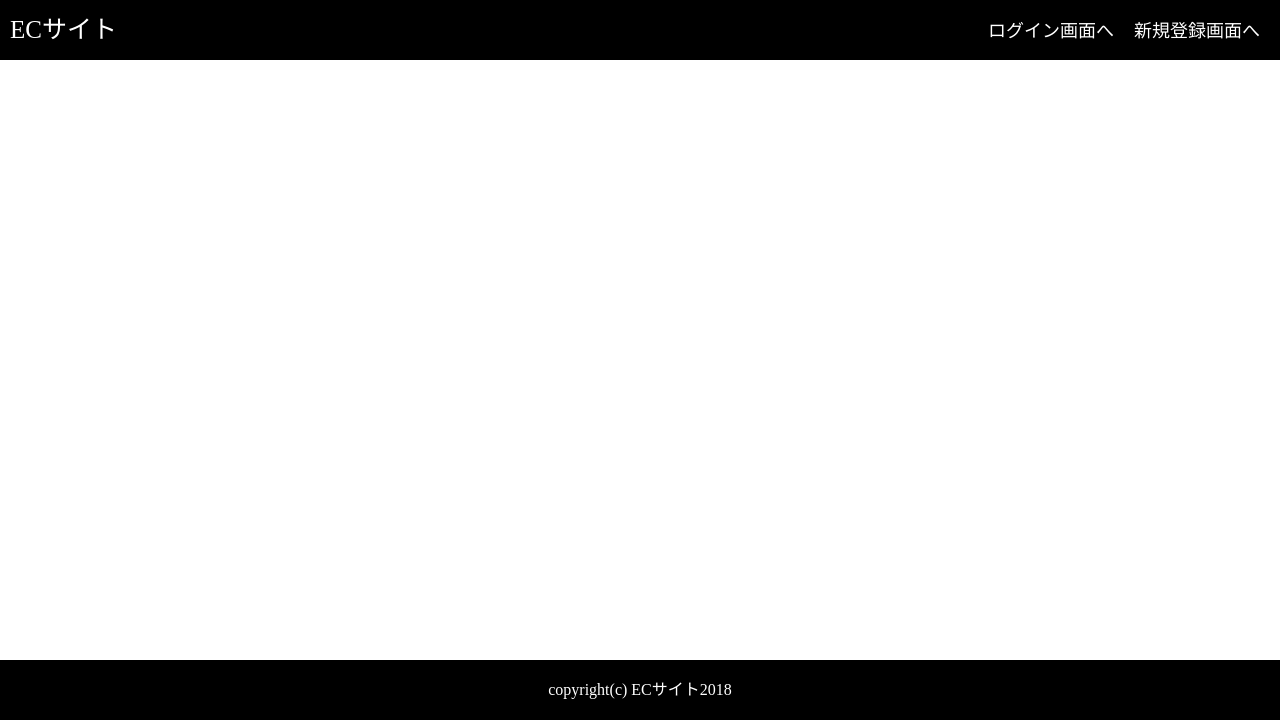
Repository: nyanya02/ECsite
Page: http://localhost/ECsite/signin.jsp
These files come from the project's save history. The page is drawn as it stood at one moment and after the next save; the edit follows.
The browser window is 1280 px wide. The pictures show the whole page.
The page is served by Tomcat 9. Other server files are loaded and not shown.

Above is the page before, as saved 2018-04-26 03:25:23.

### ECsite/WebContent/signin.jsp
<%@ page language="java" contentType="text/html; charset=UTF-8"
    pageEncoding="UTF-8"%>
<%@ taglib prefix="s" uri="/struts-tags" %>
<!DOCTYPE html PUBLIC>
<html>
<head>
<meta charset="UTF-8">
<meta http-equiv="imagetoolbar" content="no"/>
<meta name="author" content="">
<meta name="keywords" content="">
<meta name="description" content="">

<title>ログイン</title>

<!-- <link rel="stylesheet" href="/css/style.css"> -->

<style>

#header{
    position:absolute;
    top:0;
    left:0;
    width:100%;
    height:60px;
    background-color: black;
}

#header #logo{
    float: left;
    width:200px;
    padding-left: 10px;
    color: white;
    font-size: 25px;
    line-height: 60px;
}

#header ul{
    float: right;
    line-height: 30px;
}

#header ul li{
    float: left;
    list-style: none;
    padding-right: 20px;
    color: white;
    font-size: 18px;
}

#logo a{
    text-decoration: none;
    color: white;
}
#logo a:hover{
    color: #E6E6E6;
}

#header li a{
    text-decoration: none;
    color: white;
}
#header li a:hover{
    color: #E6E6E6;
}

#main p{
    float: clear;
    background-color: yellow;
    height: 300px;
    width: 100px;

}

#footer{
    clear:both;
    width: 100%;
    height: 60px;
    position: absolute;
    bottom: 0;
    left: 0;
    color: white;
    background-color: black;
    text-align: center;
    line-height: 60px;
}


</style>

</head>
<body>

		<div id="header">
            <div id="logo"><a href='<s:url action="GoHomeAction"/>'>ECサイト</a></div>
            <ul>
                <li><a href='<s:url action="GoSignInAction"/>'>ログイン画面へ</a></li>
                <li><a href='<s:url action="GoSignUpAction"/>'>新規登録画面へ</a></li>
            </ul>
        </div>

        <div id="main">
            <s:form action="SignInConfirm">



            	<s:submit value="ログイン"/>
            </s:form>
        </div>

        <div id="footer">
            copyright(c) ECサイト2018
        </div>

</body>
</html>

After the next save:
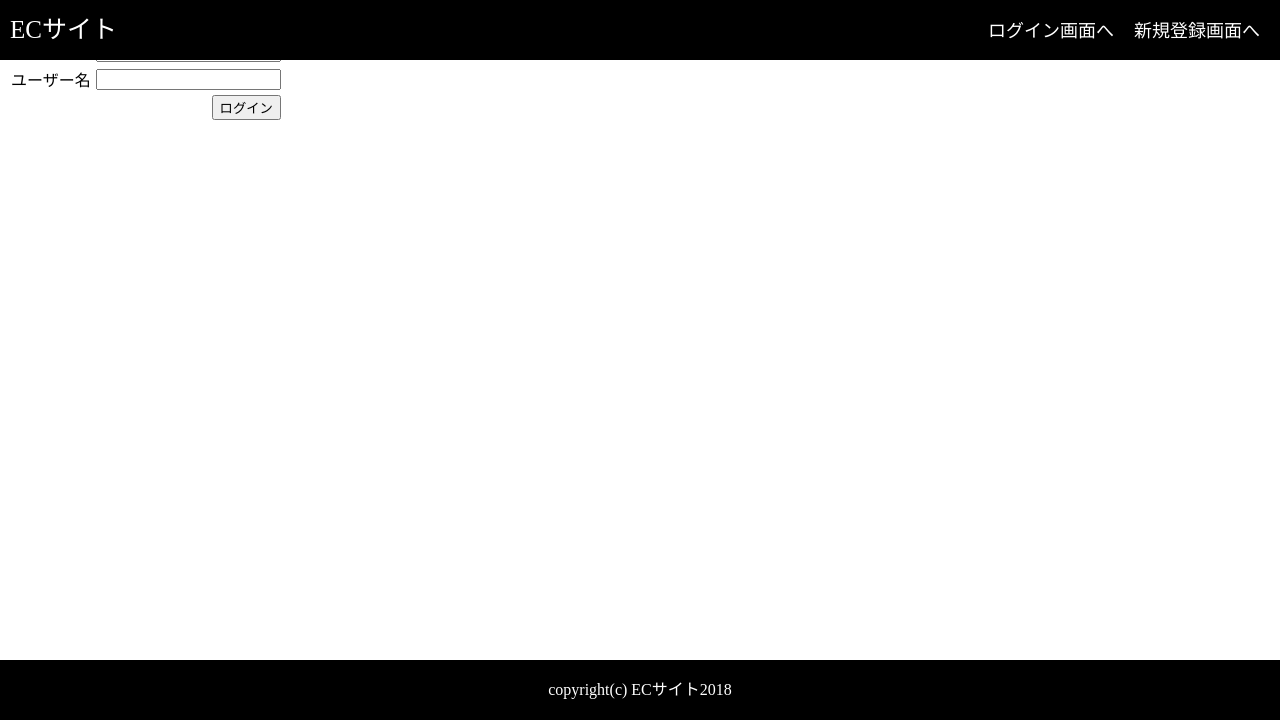
Saved 5 min 40 s later.
--- a/ECsite/WebContent/signin.jsp
+++ b/ECsite/WebContent/signin.jsp
@@ -99,12 +99,27 @@
         </div>
 
         <div id="main">
-            <s:form action="SignInConfirm">
+        	<table>
+        		<s:form action="SignInConfirm">
+					<tr>
+						<td><label>ログインID</label></td>
+						<td><input type="text" action="loginUserId" value=""></td>
+					</tr>
+					<tr>
+						<td><label>パスワード</label></td>
+						<td><input type="text" action="loginPassword" value=""></td>
+					</tr>
+					<tr>
+						<td><label>ユーザー名</label></td>
+						<td><input type="text" action="loginUser" value=""></td>
+					</tr>
 
+            		<s:submit value="ログイン"/>
 
+            	</s:form>
 
-            	<s:submit value="ログイン"/>
-            </s:form>
+        	</table>
+
         </div>
 
         <div id="footer">
